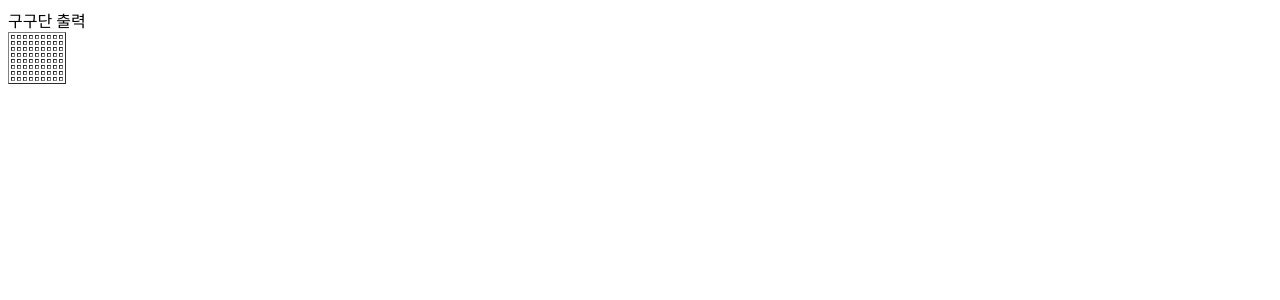
Repository: parkmyounghoi/20201113
Page: http://localhost/20201109/ex0501.jsp
The author's editor kept a copy of each file at every save. The page is drawn from the files as they stood at one save, then again after the next save.
The browser window is 1280 px wide. The pictures show the whole page.
The page is served by Tomcat 9.

Above is the page before, as saved 2020-11-09 02:23:16.

### 20201109/WebContent/ex0501.jsp
<%@ page language="java" contentType="text/html; charset=UTF-8"
    pageEncoding="UTF-8"%>
<!DOCTYPE html>
<html>
<head>
<meta charset="UTF-8">
<title>Insert title here</title>
</head>
<body>
구구단 출력
<table border="1">
<%
	for(int i = 2; i<10; i++){
		out.println("<tr>");
		for(int j = 1; j<10; j++){
			out.println("<td>"+"</td>");
		}
		out.println("</tr>");
	}
%>
</table>
</body>
</html>

After the next save:
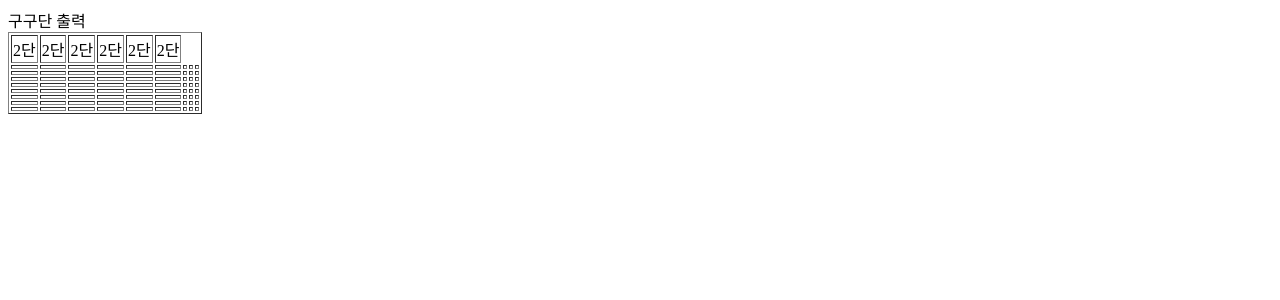
Saved 16 s later.
--- a/20201109/WebContent/ex0501.jsp
+++ b/20201109/WebContent/ex0501.jsp
@@ -9,6 +9,9 @@
 <body>
 구구단 출력
 <table border="1">
+	<tr>
+		<td>2단</td><td>2단</td><td>2단</td><td>2단</td><td>2단</td><td>2단</td>
+	</tr>
 <%
 	for(int i = 2; i<10; i++){
 		out.println("<tr>");
